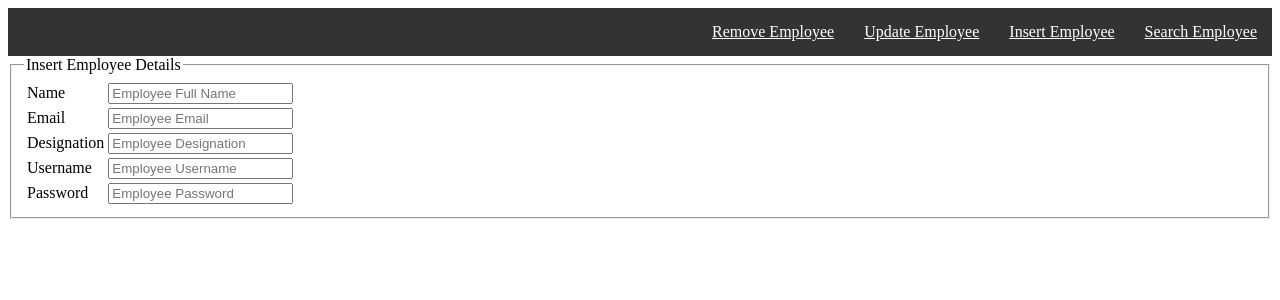
Repository: dannytayade1495/WEJM3
Page: http://localhost/mvcproject1/WEB-INF/views/insertEmployee.jsp
An editor plug-in stored every save of this project. The page is shown before and after the next save, followed by the edit.
The browser window is 1280 px wide. The pictures show the whole page.
The page is served by Tomcat 9. Nobody is signed in. The template is opened directly, without the code that normally fills it, so the values that code supplies are empty.

Above is the page before, as saved 2022-06-02 15:12:12.

After the next save:
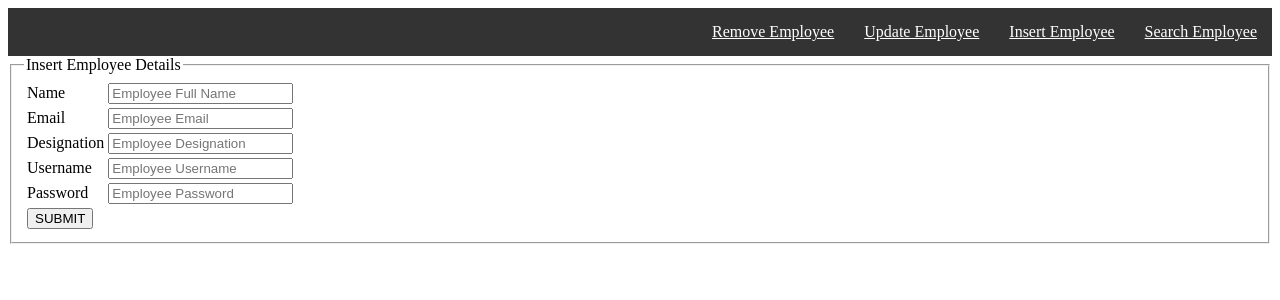
Saved 37 s later.
--- a/mvcproject1/src/main/webapp/WEB-INF/views/insertEmployee.jsp
+++ b/mvcproject1/src/main/webapp/WEB-INF/views/insertEmployee.jsp
@@ -37,6 +37,9 @@
 					<td><input type="text" name="password"
 						placeholder="Employee Password"></td>
 				</tr>
+				<tr style="float: none;">
+					<td><input type="submit" value="SUBMIT"></td>
+				</tr>
 			</table>
 		</form>
 	</fieldset>
